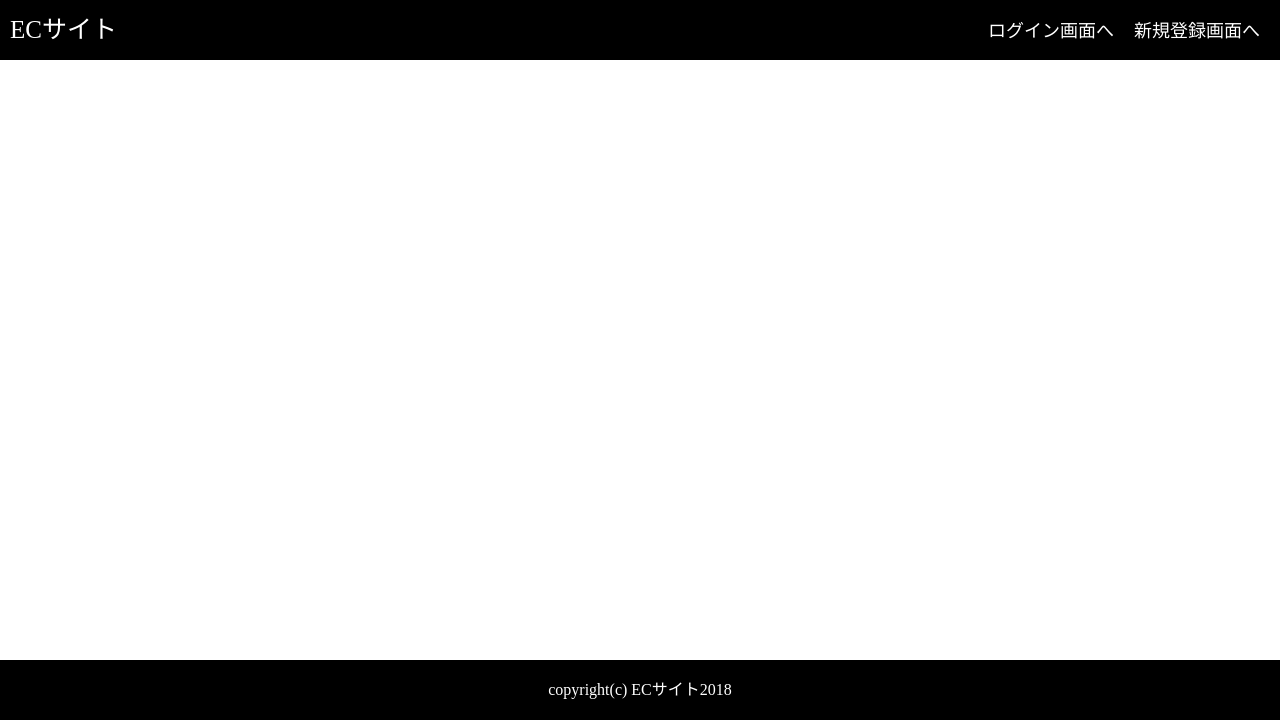
Repository: nyanya02/ECsite
Page: http://localhost/ECsite/signin.jsp
These files come from the project's save history. The page is drawn as it stood at one moment and after the next save; the edit follows.
The browser window is 1280 px wide. The pictures show the whole page.
The page is served by Tomcat 9. Other server files are loaded and not shown.

Above is the page before, as saved 2018-04-26 03:20:50.

### ECsite/WebContent/signin.jsp
<%@ page language="java" contentType="text/html; charset=UTF-8"
    pageEncoding="UTF-8"%>
<%@ taglib prefix="s" uri="/struts-tags" %>
<!DOCTYPE html PUBLIC>
<html>
<head>
<meta charset="UTF-8">
<meta http-equiv="imagetoolbar" content="no"/>
<meta name="author" content="">
<meta name="keywords" content="">
<meta name="description" content="">

<title>ログイン</title>

<!-- <link rel="stylesheet" href="/css/style.css"> -->

<style>

header{
    position:absolute;
    top:0;
    left:0;
    width:100%;
    height:60px;
    background-color: black;
}

header .logo{
    float: left;
    width:200px;
    padding-left: 10px;
    color: white;
    font-size: 25px;
    line-height: 60px;
}

header ul{
    float: right;
    line-height: 30px;
}

header ul li{
    float: left;
    list-style: none;
    padding-right: 20px;
    color: white;
    font-size: 18px;
}

.logo a{
    text-decoration: none;
    color: white;
}
.logo a:hover{
    color: #E6E6E6;
}

header li a{
    text-decoration: none;
    color: white;
}
header li a:hover{
    color: #E6E6E6;
}

footer{
    clear:both;
    width: 100%;
    height: 60px;
    position: absolute;
    bottom: 0;
    left: 0;
    color: white;
    background-color: black;
    text-align: center;
    line-height: 60px;
}

</style>

</head>
<body>

		<header>
            <div class="logo"><a href='<s:url action="GoHomeAction"/>'>ECサイト</a></div>
            <ul>
                <li><a href='<s:url action="GoSignInAction"/>'>ログイン画面へ</a></li>
                <li><a href='<s:url action="GoSignUpAction"/>'>新規登録画面へ</a></li>
            </ul>
        </header>

        <div id="main">
        	<p>ログイン画面</p>
        </div>

        <footer>
            copyright(c) ECサイト2018
        </footer>

</body>
</html>

After the next save:
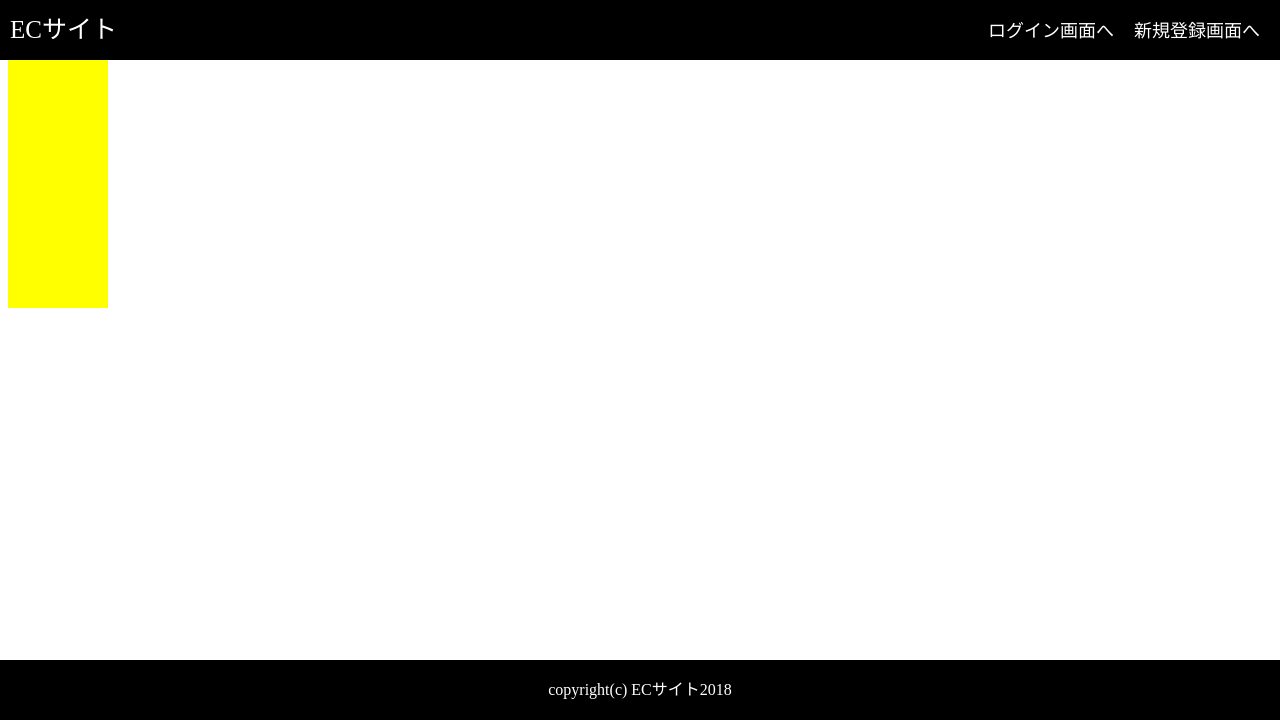
Saved 81 s later.
--- a/ECsite/WebContent/signin.jsp
+++ b/ECsite/WebContent/signin.jsp
@@ -16,7 +16,7 @@
 
 <style>
 
-header{
+#header{
     position:absolute;
     top:0;
     left:0;
@@ -25,7 +25,7 @@
     background-color: black;
 }
 
-header .logo{
+#header #logo{
     float: left;
     width:200px;
     padding-left: 10px;
@@ -34,12 +34,12 @@
     line-height: 60px;
 }
 
-header ul{
+#header ul{
     float: right;
     line-height: 30px;
 }
 
-header ul li{
+#header ul li{
     float: left;
     list-style: none;
     padding-right: 20px;
@@ -47,23 +47,31 @@
     font-size: 18px;
 }
 
-.logo a{
+#logo a{
     text-decoration: none;
     color: white;
 }
-.logo a:hover{
+#logo a:hover{
     color: #E6E6E6;
 }
 
-header li a{
+#header li a{
     text-decoration: none;
     color: white;
 }
-header li a:hover{
+#header li a:hover{
     color: #E6E6E6;
 }
 
-footer{
+#main p{
+    float: clear;
+    background-color: yellow;
+    height: 300px;
+    width: 100px;
+
+}
+
+#footer{
     clear:both;
     width: 100%;
     height: 60px;
@@ -76,26 +84,27 @@
     line-height: 60px;
 }
 
+
 </style>
 
 </head>
 <body>
 
-		<header>
-            <div class="logo"><a href='<s:url action="GoHomeAction"/>'>ECサイト</a></div>
+		<div id="header">
+            <div id="logo"><a href='<s:url action="GoHomeAction"/>'>ECサイト</a></div>
             <ul>
                 <li><a href='<s:url action="GoSignInAction"/>'>ログイン画面へ</a></li>
                 <li><a href='<s:url action="GoSignUpAction"/>'>新規登録画面へ</a></li>
             </ul>
-        </header>
+        </div>
 
         <div id="main">
-        	<p>ログイン画面</p>
+            <p>HOME</p>
         </div>
 
-        <footer>
+        <div id="footer">
             copyright(c) ECサイト2018
-        </footer>
+        </div>
 
 </body>
 </html>

After the save that followed:
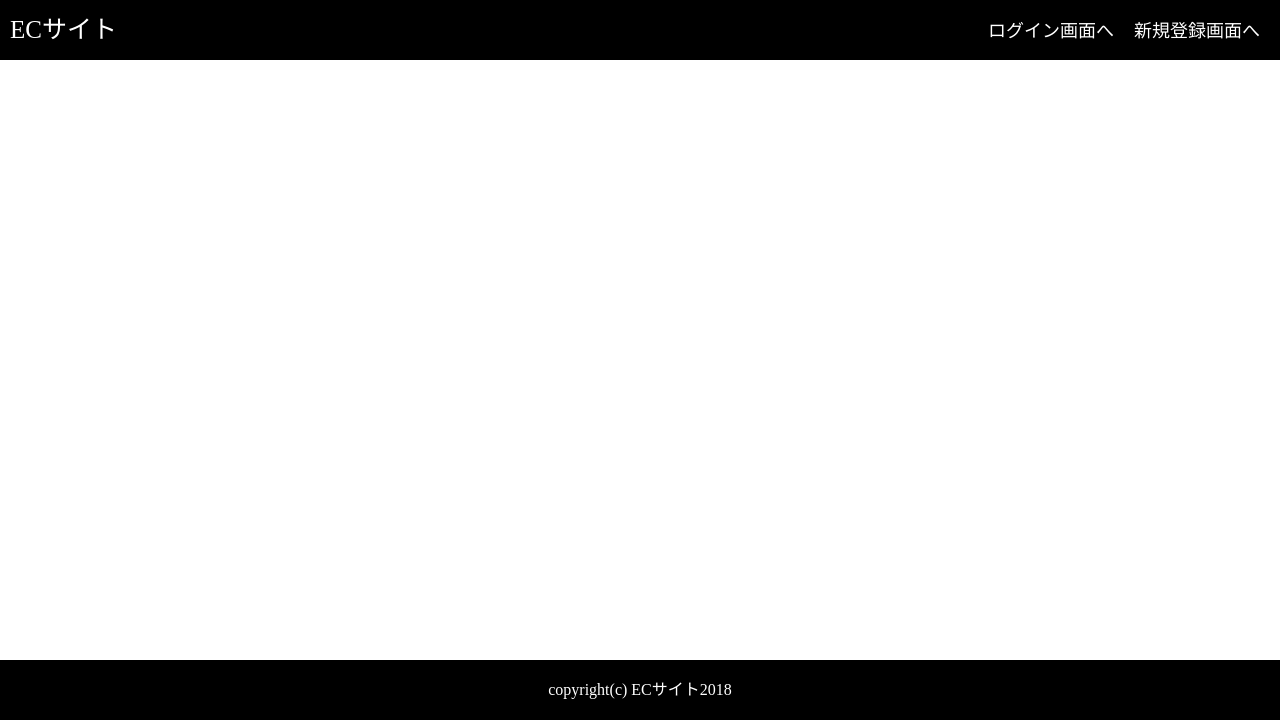
Saved 3 min 12 s later.
--- a/ECsite/WebContent/signin.jsp
+++ b/ECsite/WebContent/signin.jsp
@@ -99,7 +99,12 @@
         </div>
 
         <div id="main">
-            <p>HOME</p>
+            <s:form action="SignInConfirm">
+
+
+
+            	<s:submit value="ログイン"/>
+            </s:form>
         </div>
 
         <div id="footer">
